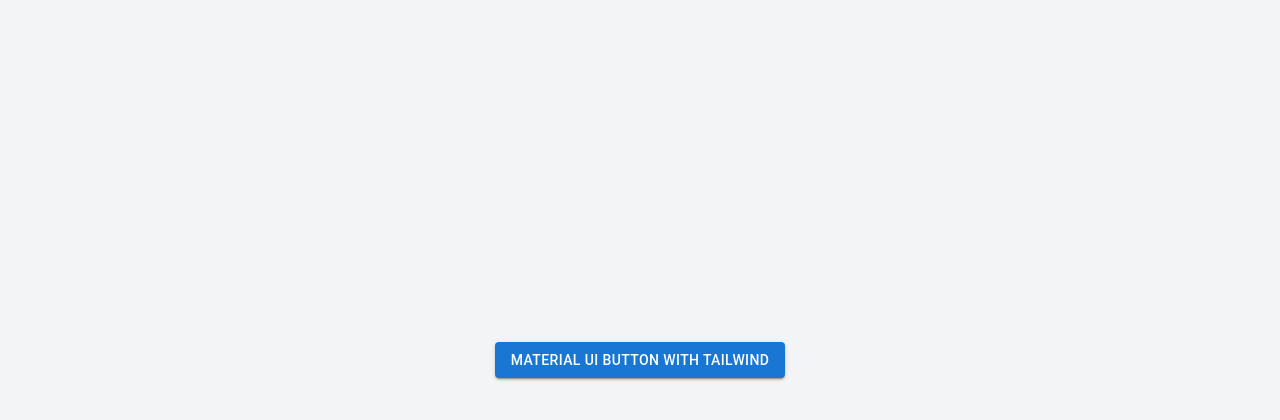
Repository: itz-mohanmadhav-18/REACT-RDUX-TUTORIAL
Page: /
An editor plug-in stored every save of this project. The page is shown before and after the next save, followed by the edit.
The browser window is 1280 px wide. The pictures show the whole page.
The project was rebuilt for these pictures with package versions that can differ from the ones it lists, and the page was loaded fresh each time. Also part of the build but not shown: vite.config.js.

Above is the page before, as saved 2024-12-30 18:28:49.

### src/main.jsx
import { StrictMode } from 'react'
import { createRoot } from 'react-dom/client'
import './index.css'
import App from './App.jsx'

createRoot(document.getElementById('root')).render(
  <StrictMode>
    {/* <Provider store={store}> */}
    <App />
  {/* </Provider> */}
  </StrictMode>,
)

### src/App.jsx
import React from "react";
import Button from "@mui/material/Button";

function App() {
  return (
    <div className="flex justify-center items-center h-screen bg-gray-100">
      <Button
        variant="contained"
        className="bg-red-500 hover:bg-red-700 text-white font-bold py-2 px-4 rounded"
      >
        Material UI Button with Tailwind
      </Button>
    </div>
  );
}

export default App;

### tailwind.config.js
/** @type {import('tailwindcss').Config} */
module.exports = {
  content: [
    "./index.html",
    "./src/**/*.{js,ts,jsx,tsx}",
  ],
  theme: {
    extend: {
      colors: {
        primary: '#3B82F6',
        secondary: '#10B981',
      },
    },
  },
  plugins: [],
}

Loaded but not shown: index.html (common file); src/index.css (common file)

After the next save:
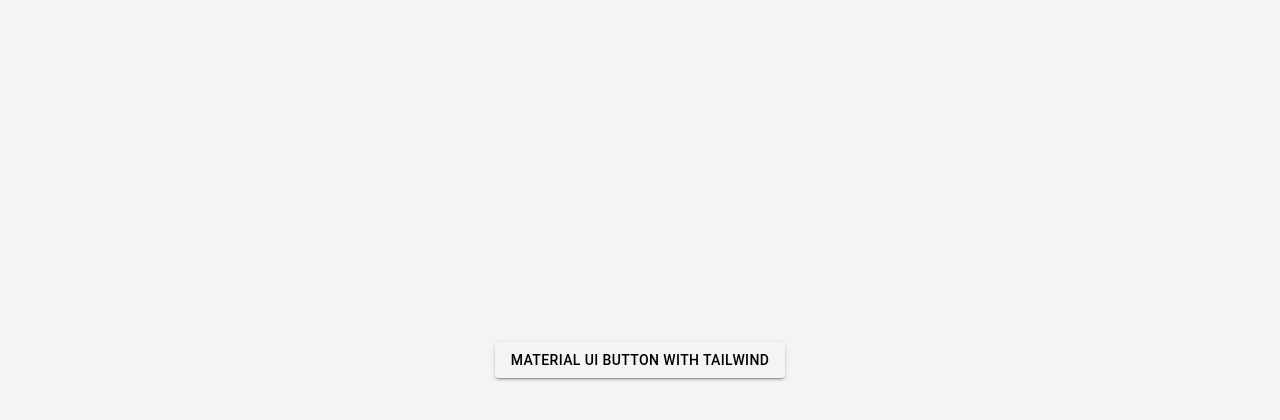
Saved 2 min 16 s later.
--- a/src/App.jsx
+++ b/src/App.jsx
@@ -6,6 +6,7 @@
     <div className="flex justify-center items-center h-screen bg-gray-100">
       <Button
         variant="contained"
+        color="danger"
         className="bg-red-500 hover:bg-red-700 text-white font-bold py-2 px-4 rounded"
       >
         Material UI Button with Tailwind

After the save that followed:
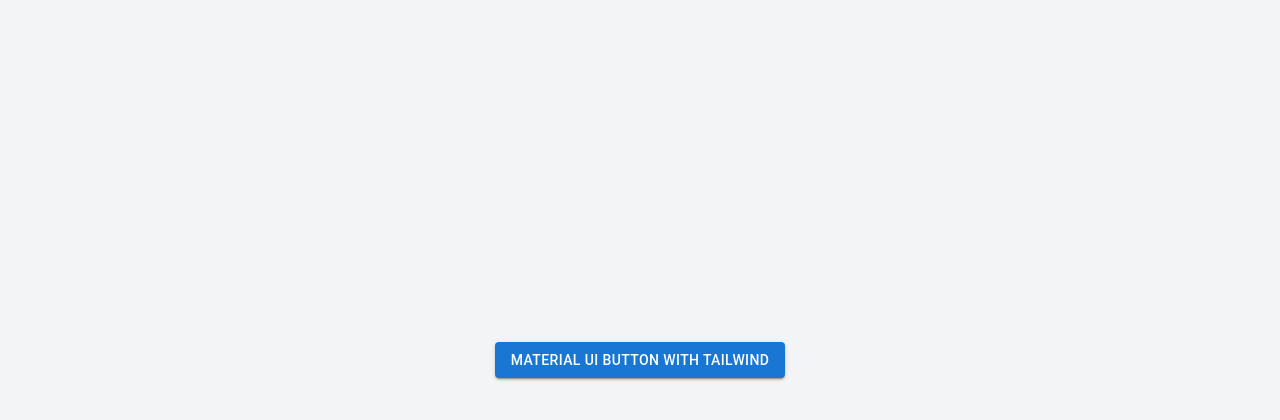
Saved 14 s later.
--- a/src/App.jsx
+++ b/src/App.jsx
@@ -6,7 +6,7 @@
     <div className="flex justify-center items-center h-screen bg-gray-100">
       <Button
         variant="contained"
-        color="danger"
+
         className="bg-red-500 hover:bg-red-700 text-white font-bold py-2 px-4 rounded"
       >
         Material UI Button with Tailwind
